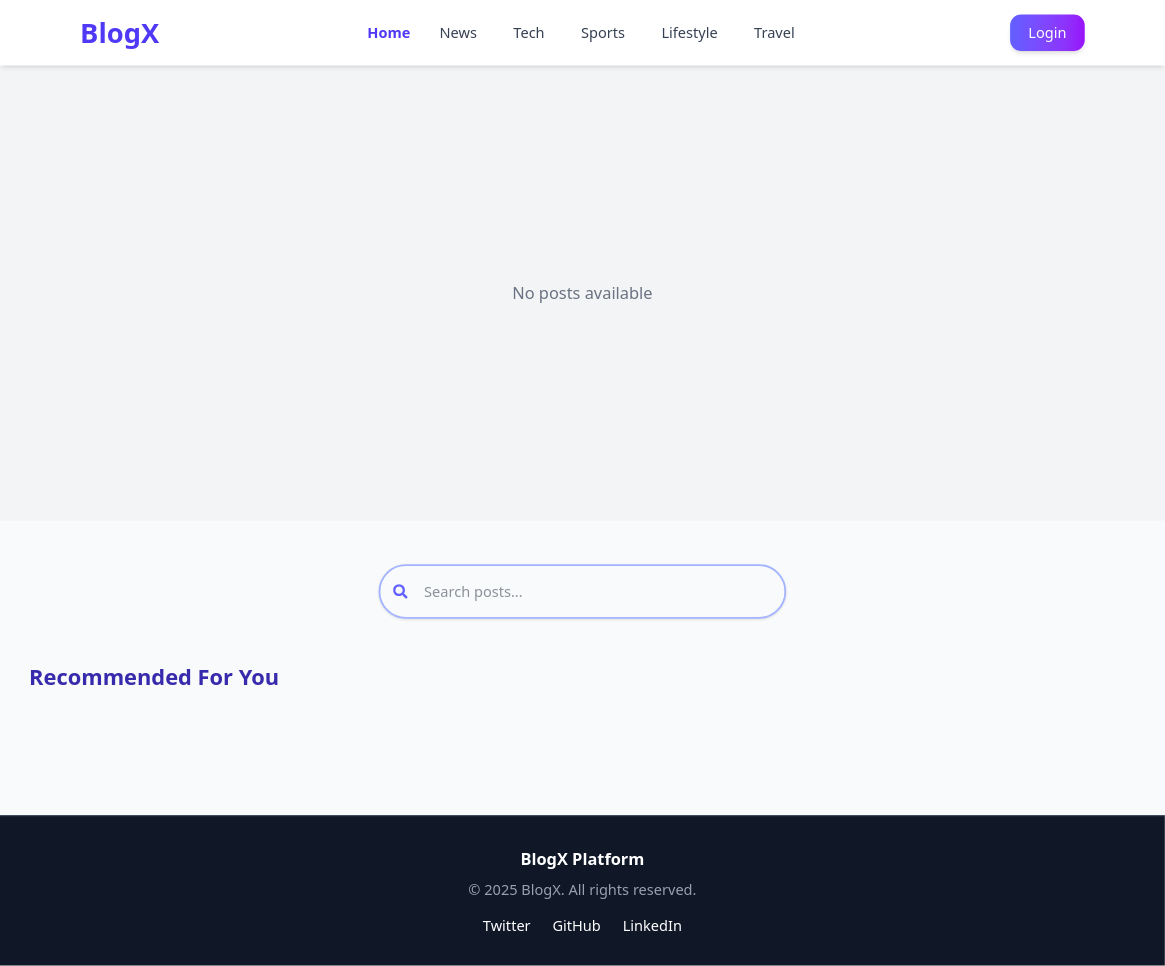
Repository: kundanchouhan12/BlogX
Page: / (app in blogx-Frontend/)
An editor plug-in stored every save of this project. The page is shown before and after the next save, followed by the edit.
The browser window is 1280 px wide. The pictures show the whole page, at 91% of full size.
The page's requests for data from a server got no answer. The project was rebuilt for these pictures with package versions that can differ from the ones it lists, and the page was loaded fresh each time. No one was signed in, and anything a server would have sent is missing. Also part of the build but not shown: blogx-Frontend/vite.config.js, blogx-Frontend/src/pages/Login.jsx, blogx-Frontend/src/pages/Signup.jsx, blogx-Frontend/src/pages/CreatePost.jsx, blogx-Frontend/src/components/PrivateRoute.jsx, blogx-Frontend/src/pages/BlogDetails.css, blogx-Frontend/src/pages/BlogDetails.jsx, blogx-Frontend/src/components/UpdatePost.jsx.

Above is the page before, as saved 2025-09-23 19:56:08.

### blogx-Frontend/src/main.jsx
// src/main.jsx
import ReactDOM from "react-dom/client";
import { BrowserRouter } from "react-router-dom";
import App from "./App";
import { AuthProvider } from "./context/AuthContext";
import { PostsProvider } from "./context/PostsContext";
import "./index.css"; // Ensure this exists

ReactDOM.createRoot(document.getElementById("root")).render(
    <BrowserRouter>
      <AuthProvider>
        <PostsProvider>
          <App />
        </PostsProvider>
      </AuthProvider>
    </BrowserRouter>
);

### blogx-Frontend/src/App.jsx
import { Routes, Route, Navigate } from "react-router-dom";
import Navbar from "./components/Navbar";
import Home from "./pages/Home";
import Login from "./pages/Login";
import Signup from "./pages/Signup";
import CreatePost from "./pages/CreatePost";
import PrivateRoute from "./components/PrivateRoute";
import BlogDetails from "./pages/BlogDetails";
import UpdatePost from "./components/UpdatePost";

export default function App() {
  return (
    <div className="min-h-screen flex flex-col">
      {/* Navbar har page par show hoga */}
      <Navbar />

      {/* Routes */}
      <div className="flex-grow">
        <Routes>
          <Route path="/" element={<Home />} />
          <Route path="/login" element={<Login />} />
          <Route path="/signup" element={<Signup />} />

          {/* Create Post */}
          <Route
            path="/create-post"
            element={
              <PrivateRoute>
                <CreatePost />
              </PrivateRoute>
            }
          />
          {/* Optional alias redirect: /create → /create-post */}
          <Route path="/create" element={<Navigate to="/create-post" />} />

          {/* Update Post */}
          <Route
            path="/update-post/:id"
            element={
              <PrivateRoute>
                <UpdatePost />
              </PrivateRoute>
            }
          />

          {/* Blog Details */}
          <Route
            path="/posts/:id"
            element={
              <PrivateRoute>
                <BlogDetails />
              </PrivateRoute>
            }
          />
        </Routes>
      </div>
    </div>
  );
}

### blogx-Frontend/src/context/AuthContext.jsx
import { createContext, useContext, useState } from "react";
import { useNavigate } from "react-router-dom";
import axios from "axios";

const API_URL = import.meta.env.VITE_BACKEND_URL;

const AuthContext = createContext();

export function AuthProvider({ children }) {
  const navigate = useNavigate();
  const [user, setUser] = useState(() => {
    const saved = localStorage.getItem("user");
    try {
      return saved ? JSON.parse(saved) : null;
    } catch {
      localStorage.removeItem("user");
      return null;
    }
  });
  const [token, setToken] = useState(() => localStorage.getItem("token") || null);

  const login = (userData, jwtToken) => {
      console.log("Logging in token:", jwtToken); // debug
    setUser(userData);
    setToken(jwtToken);
    localStorage.setItem("user", JSON.stringify(userData));
    localStorage.setItem("token", jwtToken);
    navigate("/");
  };

  const logout = () => {
    setUser(null);
    setToken(null);
    localStorage.removeItem("user");
    localStorage.removeItem("token");
    navigate("/login");
  };

  const signup = async (userData) => {
    try {
      const res = await axios.post(`${API_URL}/api/auth/signup`, userData);
      const { user, token } = res.data;
      setUser(user);
      setToken(token);
      localStorage.setItem("user", JSON.stringify(user));
      localStorage.setItem("token", token);
      navigate("/login");
    } catch (err) {
      console.error("Signup error:", err.response?.data || err.message);
      throw err;
    }
  };

  return (
    <AuthContext.Provider value={{ user, token, login, logout, signup, API_URL }}>
      {children}
    </AuthContext.Provider>
  );
}

export const useAuth = () => useContext(AuthContext);

### blogx-Frontend/src/context/PostsContext.jsx
import { createContext, useContext, useState, useEffect } from "react";
import axios from "axios";
import { useAuth } from "./AuthContext";

const PostsContext = createContext();

export function PostsProvider({ children }) {
  const { token, API_URL, user } = useAuth();
  const [posts, setPosts] = useState([]);
  const [loading, setLoading] = useState(false);

  // Fetch all posts (latest-first)
  const fetchPosts = async () => {
    setLoading(true);
    try {
      const res = await axios.get(`${API_URL}/api/posts`, {
        headers: token ? { Authorization: `Bearer ${token}` } : {},
      });

      const allPosts = (Array.isArray(res.data) ? res.data : []).map((p) => ({
        ...p,
        createdAt: p.createdAt || new Date().toISOString(),
        username: p.username || "Anonymous",
      }));

      // Sort by latest first
      allPosts.sort((a, b) => new Date(b.createdAt) - new Date(a.createdAt));
      setPosts(allPosts);
    } catch (err) {
      console.error("fetchPosts error:", err.response?.data || err.message);
      setPosts([]);
    } finally {
      setLoading(false);
    }
  };

  // Create post and refresh posts list
  const createPost = async (formData) => {
    if (!token) throw new Error("You must be logged in to create a post");

    try {
      const res = await axios.post(`${API_URL}/api/posts`, formData, {
        headers: { Authorization: `Bearer ${token}` },
      });

      const newPost = {
        ...res.data,
        createdAt: res.data.createdAt || new Date().toISOString(),
        username: res.data.username || user?.name || "Anonymous",
      };

      // Add new post at top
      setPosts((prev) => [newPost, ...prev]);

      // Optional: fetch all posts to sync backend (in case multiple users)
      // await fetchPosts();

      return newPost;
    } catch (err) {
      console.error("createPost error:", err.response?.data || err.message);
      throw err;
    }
  };

  // Update post
  const updatePost = async (id, formData) => {
    try {
      const res = await axios.put(`${API_URL}/api/posts/${id}`, formData, {
        headers: { Authorization: `Bearer ${token}` },
      });
      setPosts((prev) =>
        prev.map((p) => (p.id === id ? { ...p, ...res.data } : p))
      );
    } catch (err) {
      console.error("updatePost error:", err.response?.data || err.message);
    }
  };

  // Delete post
  const deletePost = async (id) => {
    try {
      await axios.delete(`${API_URL}/api/posts/${id}`, {
        headers: { Authorization: `Bearer ${token}` },
      });
      setPosts((prev) => prev.filter((p) => p.id !== id));
    } catch (err) {
      console.error("deletePost error:", err.response?.data || err.message);
    }
  };

  // Fetch posts on token change / login
  useEffect(() => {
    fetchPosts();
  }, [token]);

  return (
    <PostsContext.Provider
      value={{ posts, loading, fetchPosts, createPost, updatePost, deletePost }}
    >
      {children}
    </PostsContext.Provider>
  );
}

export const usePosts = () => useContext(PostsContext);

### blogx-Frontend/src/index.css
@tailwind base;
@tailwind components;
@tailwind utilities;

body {
  @apply bg-gray-100 text-gray-800;
}
@import "tailwindcss";

### blogx-Frontend/src/pages/Home.jsx
import { useEffect, useState } from "react";
import { useAuth } from "../context/AuthContext";
import { usePosts } from "../context/PostsContext";
import { Link } from "react-router-dom";
import { FaArrowRight, FaFeatherAlt, FaSearch } from "react-icons/fa";
import Footer from "../components/Footer";
import axios from "axios";

export default function Home() {
  const { posts, fetchPosts } = usePosts();
  const { user, API_URL, token } = useAuth();
  const [search, setSearch] = useState("");
  const [currentPage, setCurrentPage] = useState(1);
  const postsPerPage = 6;
  const [users, setUsers] = useState([]);
  const [topAuthors, setTopAuthors] = useState([]);

  // Fetch users from backend
  const fetchUsers = async () => {
    try {
      const res = await axios.get(`${API_URL}/api/users`, {
        headers: token ? { Authorization: `Bearer ${token}` } : {},
      });
      setUsers(res.data || []);
    } catch (err) {
      console.error("fetchUsers error:", err.response?.data || err.message);
      setUsers([]);
    }
  };

  // Top authors logic
  useEffect(() => {
    if (!users.length || !posts.length) return;
    const authorPostCount = users.map((u) => {
      const count = posts.filter((p) => p.username === u.name).length;
      return { ...u, postCount: count };
    });
    const sortedAuthors = authorPostCount
      .sort((a, b) => b.postCount - a.postCount)
      .slice(0, 5);
    setTopAuthors(sortedAuthors);
  }, [users, posts]);

  // Refresh posts and users periodically
  useEffect(() => {
    fetchPosts();
    fetchUsers();
    const interval = setInterval(() => {
      fetchPosts();
      fetchUsers();
    }, 30000);
    return () => clearInterval(interval);
  }, [fetchPosts]);

  // Filter posts by search
  const filteredPosts = posts.filter((p) =>
    [p.title, p.content, p.username].some((field) =>
      field?.toLowerCase().includes(search.toLowerCase())
    )
  );

  // Pagination
  const totalPages = Math.ceil(filteredPosts.length / postsPerPage);
  const startIndex = (currentPage - 1) * postsPerPage;
  const displayedPosts = [...filteredPosts]
    .sort((a, b) => new Date(b.createdAt) - new Date(a.createdAt))
    .slice(startIndex, startIndex + postsPerPage);

  const handlePageClick = (page) => setCurrentPage(page);
  const handleNext = () =>
    setCurrentPage((prev) => Math.min(prev + 1, totalPages));
  const handlePrev = () => setCurrentPage((prev) => Math.max(prev - 1, 1));

  // Slider: latest 5 posts with images
  const sliderPosts = [...posts]
    .filter((p) => p.imageUrl)
    .sort((a, b) => new Date(b.createdAt) - new Date(a.createdAt))
    .slice(0, 5);

  // Recommended posts for "Recently Added / Recommended For You"
  const recommendedPosts = [...posts]
    .sort((a, b) => new Date(b.createdAt) - new Date(a.createdAt))
    .slice(0, 5);

  function HeroSlider({ posts }) {
    const [current, setCurrent] = useState(0);
    useEffect(() => {
      if (!posts.length) return;
      const interval = setInterval(
        () => setCurrent((prev) => (prev + 1) % posts.length),
        5000
      );
      return () => clearInterval(interval);
    }, [posts]);

    if (!posts.length)
      return (
        <div className="h-[300px] sm:h-[400px] md:h-[500px] flex items-center justify-center bg-gray-100">
          <p className="text-gray-500 text-lg">No posts available</p>
        </div>
      );

    const post = posts[current];
    return (
      <div className="relative w-full h-[300px] sm:h-[400px] md:h-[500px] overflow-hidden rounded-xl shadow-2xl transition-all duration-700 ease-in-out">
        <img
          src={post.imageUrl}
          alt={post.title}
          className="absolute inset-0 w-full h-full object-cover scale-105 blur-sm"
        />
        <div className="absolute inset-0 bg-gradient-to-t from-black via-black/60 to-transparent" />
        <div className="relative z-10 flex flex-col justify-center h-full max-w-4xl mx-auto px-4 sm:px-6 text-white text-center sm:text-left">
          <span className="bg-indigo-600 px-4 py-1 rounded-full text-sm font-semibold w-fit mb-4 shadow-md mx-auto sm:mx-0">
            {post.username || user?.name || "Anonymous"}
          </span>
          <h1 className="text-3xl sm:text-4xl md:text-5xl font-extrabold leading-tight drop-shadow-xl">
            {post.title}
          </h1>
          <p className="mt-4 text-base sm:text-lg text-indigo-100 max-w-2xl mx-auto sm:mx-0 line-clamp-3">
            {post.content}
          </p>
          <Link
            to={`/posts/${post.id}`}
            className="mt-6 inline-flex items-center gap-2 bg-white text-indigo-700 font-bold px-6 py-3 rounded-full shadow-lg hover:scale-105 hover:bg-indigo-100 transition-transform mx-auto sm:mx-0"
          >
            Read Full Story <FaArrowRight />
          </Link>
        </div>
      </div>
    );
  }

  return (
    <div className="flex flex-col min-h-screen bg-gray-50 font-sans">
      <main className="flex-grow pb-12">
        <HeroSlider posts={sliderPosts} />

        <div className="max-w-7xl mx-auto px-4 sm:px-6 lg:px-8 w-full mt-12">
          {/* Search Bar */}
          <div className="flex justify-center mb-6">
            <div className="relative w-full max-w-md">
              <input
                type="text"
                placeholder="Search posts..."
                value={search}
                onChange={(e) => {
                  setSearch(e.target.value);
                  setCurrentPage(1);
                }}
                className="w-full p-4 pl-12 border-2 border-indigo-300 rounded-full shadow-sm focus:outline-none focus:ring-2 focus:ring-indigo-500 transition"
              />
              <FaSearch className="absolute left-4 top-1/2 transform -translate-y-1/2 text-indigo-500" />
            </div>
          </div>

          {/* Recommended For You Section */}
          <div className="mt-12">
            <h2 className="text-2xl font-bold text-indigo-800 mb-6">
              Recommended For You
            </h2>
            <div className="flex overflow-x-auto gap-4 pb-4">
              {recommendedPosts.map((post) => (
                <div
                  key={post.id}
                  className="min-w-[250px] bg-white rounded-xl shadow-md flex-shrink-0"
                >
                  <img
                    src={post.imageUrl || "https://via.placeholder.com/400x200"}
                    alt={post.title}
                    className="w-full h-40 object-cover rounded-t-xl"
                  />
                  <div className="p-4 flex flex-col justify-between">
                    <h3 className="text-indigo-800 font-semibold line-clamp-2">
                      {post.title}
                    </h3>
                    <p className="text-gray-600 text-sm mt-1 line-clamp-3">
                      {post.content}
                    </p>
                    <div className="flex justify-between items-center mt-2 text-gray-500 text-sm">
                      <span>
                        By {post.username || user?.name || "Anonymous"}
                      </span>
                      <Link
                        to={`/posts/${post.id}`}
                        className="text-indigo-600 font-semibold hover:underline flex items-center gap-1 text-sm"
                      >
                        Read <FaArrowRight />
                      </Link>
                    </div>
                  </div>
                </div>
              ))}
            </div>
          </div>

          {/* Posts Grid */}
          <div className="grid grid-cols-1 sm:grid-cols-2 lg:grid-cols-3 gap-6 sm:gap-8 mt-12">
            {displayedPosts.map((post) => (
              <div
                key={post.id}
                className="bg-white rounded-2xl shadow-lg hover:shadow-2xl hover:-translate-y-1 transition-all duration-300 overflow-hidden flex flex-col"
              >
                <img
                  src={post.imageUrl || "https://via.placeholder.com/400x200"}
                  alt={post.title}
                  className="w-full h-40 sm:h-48 md:h-56 object-cover"
                />
                <div className="p-4 flex flex-col justify-between flex-grow">
                  <div>
                    <h2 className="text-lg font-bold text-indigo-800 hover:underline transition line-clamp-2">
                      {post.title}
                    </h2>
                    <p className="text-gray-600 mt-2 text-sm line-clamp-3">
                      {post.content}
                    </p>
                  </div>
                  <div className="flex justify-between items-center mt-4">
                    <div className="flex items-center text-gray-500 text-sm">
                      <FaFeatherAlt className="mr-2 text-indigo-500" />
                      <span>
                        By {post.username || user?.name || "Anonymous"}
                      </span>
                    </div>
                    <Link
                      to={`/posts/${post.id}`}
                      className="text-indigo-600 font-semibold hover:underline flex items-center gap-1 text-sm"
                    >
                      Read More <FaArrowRight />
                    </Link>
                  </div>
                </div>
              </div>
            ))}
          </div>

          {/* Most Active Authors Section */}
          {topAuthors.length > 0 && (
            <div className="mt-16">
              <h2 className="text-2xl font-bold text-indigo-800 mb-6">
                Most Active Authors
              </h2>
              <div className="grid grid-cols-2 sm:grid-cols-3 lg:grid-cols-5 gap-6">
                {topAuthors.map((author) => (
                  <div
                    key={author.id}
                    className="bg-white rounded-xl shadow-md hover:shadow-lg transition p-4 flex flex-col items-center text-center"
                  >
                    <div className="h-12 w-12 rounded-full bg-indigo-100 flex items-center justify-center text-indigo-700 font-semibold mb-3">
                      {author.name?.[0]?.toUpperCase() || "A"}
                    </div>
                    <span className="text-indigo-700 font-semibold">
                      {author.name}
                    </span>
                    <span className="text-gray-500 text-sm mt-1">
                      {author.postCount} posts
                    </span>
                  </div>
                ))}
              </div>
            </div>
          )}
        </div>
      </main>

      <Footer />
    </div>
  );
}

### blogx-Frontend/src/components/Footer.jsx
export default function Footer() {
  return (
<footer className="bg-gray-900 text-white py-8 mt-auto border-t border-gray-700">
      <div className="max-w-7xl mx-auto px-4 sm:px-6 lg:px-8 text-center">
        <p className="text-lg font-semibold">BlogX Platform</p>
        <p className="mt-2 text-gray-400">
          © {new Date().getFullYear()} BlogX. All rights reserved.
        </p>
        <div className="flex justify-center gap-6 mt-4">
          <a
            href="https://twitter.com"
            target="_blank"
            rel="noreferrer"
            className="hover:text-indigo-400"
          >
            Twitter
          </a>
          <a
            href="https://github.com"
            target="_blank"
            rel="noreferrer"
            className="hover:text-indigo-400"
          >
            GitHub
          </a>
          <a
            href="https://linkedin.com"
            target="_blank"
            rel="noreferrer"
            className="hover:text-indigo-400"
          >
            LinkedIn
          </a>
        </div>
      </div>
    </footer>
  );
}

Loaded but not shown: blogx-Frontend/index.html (common file); blogx-Frontend/src/components/Navbar.jsx (156 lines, source omitted)

After the next save:
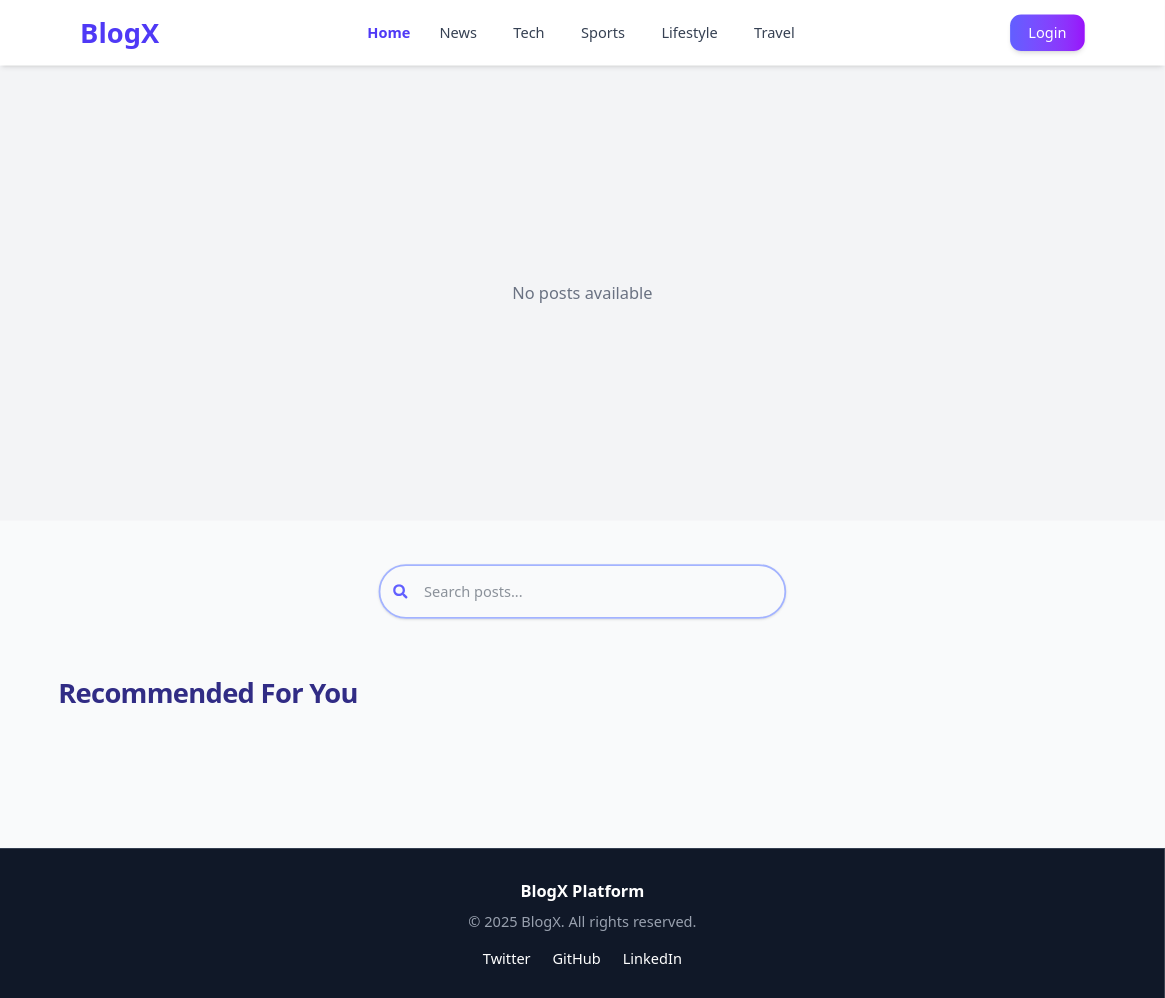
Saved 92 s later.
--- a/blogx-Frontend/src/pages/Home.jsx
+++ b/blogx-Frontend/src/pages/Home.jsx
@@ -154,37 +154,38 @@ export default function Home() {
           </div>
 
           {/* Recommended For You Section */}
-          <div className="mt-12">
-            <h2 className="text-2xl font-bold text-indigo-800 mb-6">
+          <div className="mt-16 px-4 sm:px-6 lg:px-8">
+            <h2 className="text-3xl font-bold text-indigo-900 mb-8 tracking-tight">
               Recommended For You
             </h2>
-            <div className="flex overflow-x-auto gap-4 pb-4">
+
+            <div className="flex overflow-x-auto space-x-6 pb-6 scrollbar-thin scrollbar-thumb-indigo-300 scrollbar-track-transparent">
               {recommendedPosts.map((post) => (
                 <div
                   key={post.id}
-                  className="min-w-[250px] bg-white rounded-xl shadow-md flex-shrink-0"
+                  className="min-w-[280px] max-w-sm bg-white rounded-2xl shadow-lg hover:shadow-xl transition-shadow duration-300 flex-shrink-0 border border-gray-100"
                 >
                   <img
                     src={post.imageUrl || "https://via.placeholder.com/400x200"}
                     alt={post.title}
-                    className="w-full h-40 object-cover rounded-t-xl"
+                    className="w-full h-44 object-cover rounded-t-2xl"
                   />
-                  <div className="p-4 flex flex-col justify-between">
-                    <h3 className="text-indigo-800 font-semibold line-clamp-2">
+                  <div className="p-5 flex flex-col justify-between h-full">
+                    <h3 className="text-lg font-semibold text-indigo-800 mb-2 line-clamp-2">
                       {post.title}
                     </h3>
-                    <p className="text-gray-600 text-sm mt-1 line-clamp-3">
+                    <p className="text-gray-600 text-sm mb-4 line-clamp-3">
                       {post.content}
                     </p>
-                    <div className="flex justify-between items-center mt-2 text-gray-500 text-sm">
+                    <div className="flex justify-between items-center text-sm text-gray-500">
                       <span>
                         By {post.username || user?.name || "Anonymous"}
                       </span>
                       <Link
                         to={`/posts/${post.id}`}
-                        className="text-indigo-600 font-semibold hover:underline flex items-center gap-1 text-sm"
+                        className="text-indigo-600 font-medium hover:text-indigo-800 transition-colors flex items-center gap-1"
                       >
-                        Read <FaArrowRight />
+                        Read <FaArrowRight className="text-xs" />
                       </Link>
                     </div>
                   </div>
